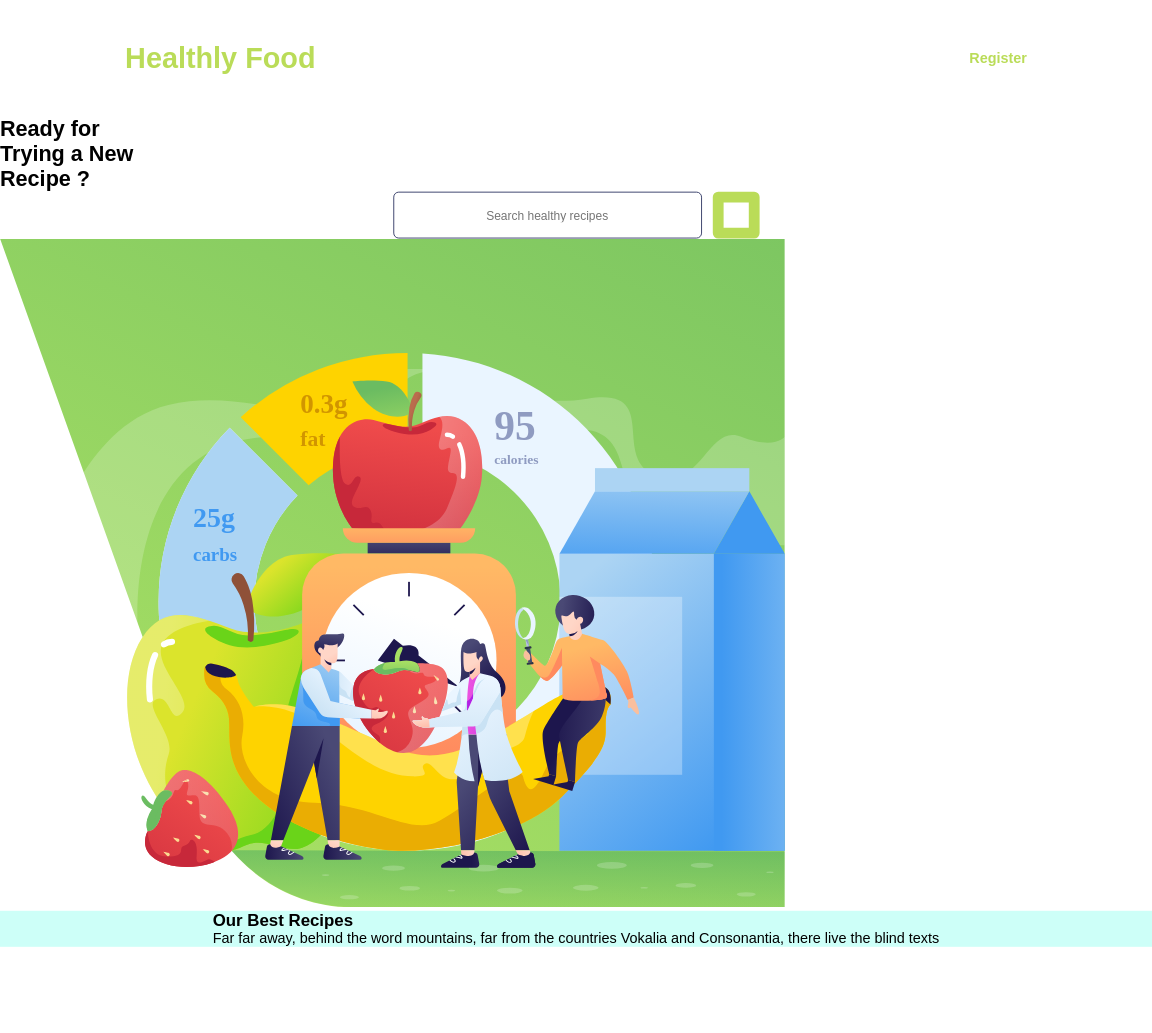
Repository: LuccaCasalecchi/HealthyFood
Page: /
The author's editor kept a copy of each file at every save. The page is drawn from the files as they stood at one save, then again after the next save.
The browser window is 1280 px wide. The pictures show the whole page, at 90% of full size.
The project was rebuilt for these pictures with package versions that can differ from the ones it lists, and the page was loaded fresh each time. Also part of the build but not shown: src/components/Main/Main.css.

Above is the page before, as saved 2021-08-18 16:04:27.

After the next save:
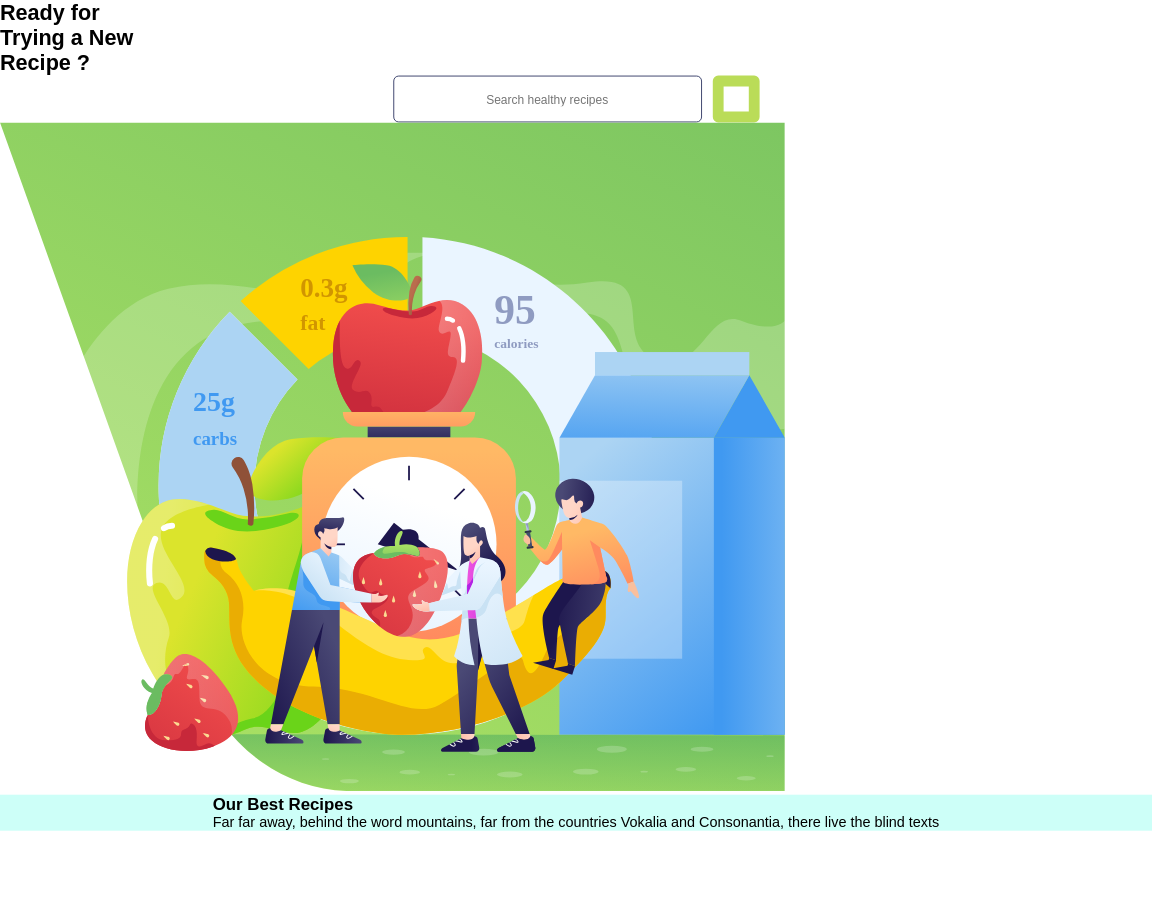
Saved 49 s later.
--- a/src/pages/LandingPage/LandingPage.jsx
+++ b/src/pages/LandingPage/LandingPage.jsx
@@ -9,7 +9,7 @@ import Main from "../../components/Main/Main";
 export default function LandingPage() {
   return (
     <>
-      <Header />
+
       <Main/>
       <Recipes/>
     </>

After the 2 saves that followed:
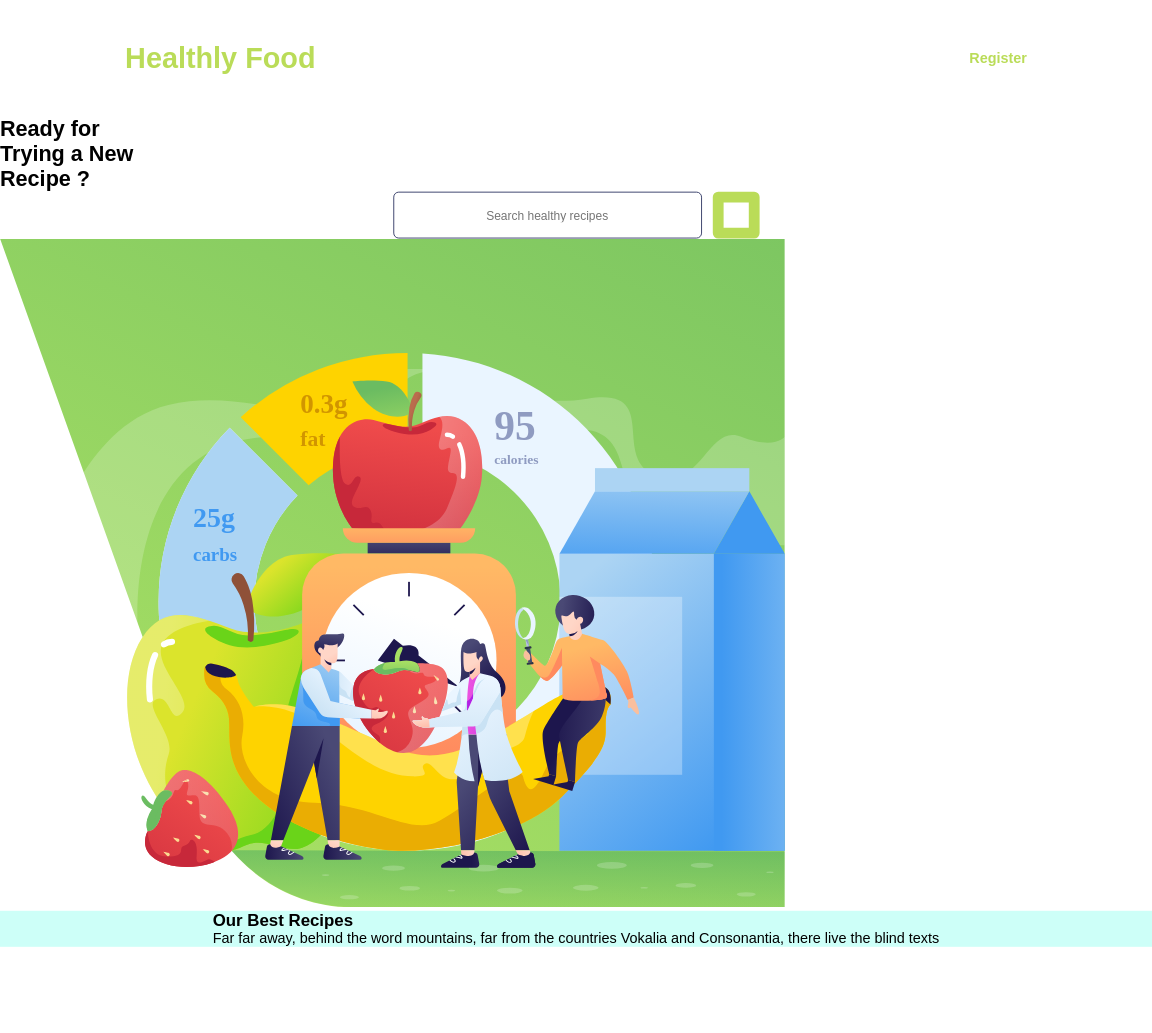
The 2 saves are shown as one change because 1 left the picture as it was.
The last was saved 21 s later.
--- a/src/components/Main/Main.jsx
+++ b/src/components/Main/Main.jsx
@@ -1,11 +1,13 @@
 import React from 'react'
 import Input from '../Input/Input'
 import Illustration from '../../images/Illustration.svg'
+import Header from '../Header/Header'
 import './Main.css'
 
 export default function Main() {
   return (
     <div>
+      <Header/>
       <div className="search-recipes">
         <div className="subtitle">
           <h2>Ready for<br />Trying a New<br />Recipe ?</h2>
